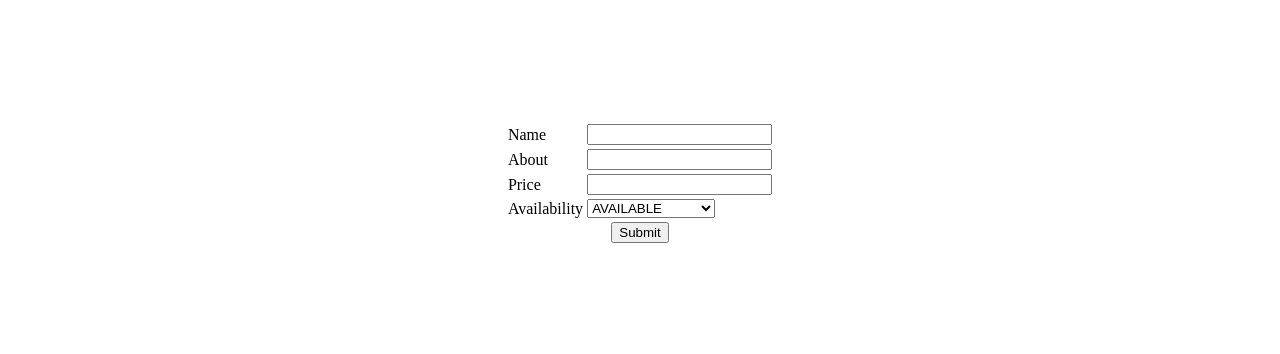
Repository: Jeevith-U/Advance-Java
Page: http://localhost/Food_App/branch.jsp
The author's editor kept a copy of each file at every save. The page is drawn from the files as they stood at one save, then again after the next save.
The browser window is 1280 px wide. The pictures show the whole page.
The page is served by Tomcat 9. Other server files are loaded and not shown.

Above is the page before, as saved 2023-08-23 06:09:45.

### Projects/Food_App/src/main/webapp/branch.jsp
<%@ page language="java" contentType="text/html; charset=ISO-8859-1"
	pageEncoding="ISO-8859-1"%>
<!DOCTYPE html>
<head>
<meta charset="UTF-8">
<meta name="viewport" content="width=device-width, initial-scale=1.0">
<title>Branch</title>
<style>
table {
	width: 25%;
	margin: auto;
	margin-top: 5px;
	display: flex;
	flex-direction: column;
	align-items: center;
	justify-content: space-around;
}
</style>
</head>
<body>
	<form action="saveBranch" method="post">

		<table>
			<div class="data">
				<tr>
					<td><label for="name">Name</label></td>
					<td><input type="text" id="name" name="name"></td>
				</tr>
				<br> <br>
				<tr>
					<td><label for="about">About</label></td>
					<td><input type="text" id="about" name="about"></td>
				</tr>
				<tr>
					<td><label for="price">Price</label></td>
					<td><input type="number" id="price" name="price"></td>
				</tr>
				<br> <br>
				<tr>
                    <td><label for="ava">Availability</label>
                     <td>
                        <select id="ava" name="ava">
                            <option value="AVAILABLE">AVAILABLE</option>
                            <option value="NOT_AVAILABLE">NOT_AVAILABLE</option>
                        </select>
                    </td>
                </tr>
				</tr>
				<br> <br>
				<tr>
					<td colspan="2" align="center"><input type="submit"
						value="Submit"></td>
				</tr>
			</div>
		</table>
	</form>
</body>
</html>

After the next save:
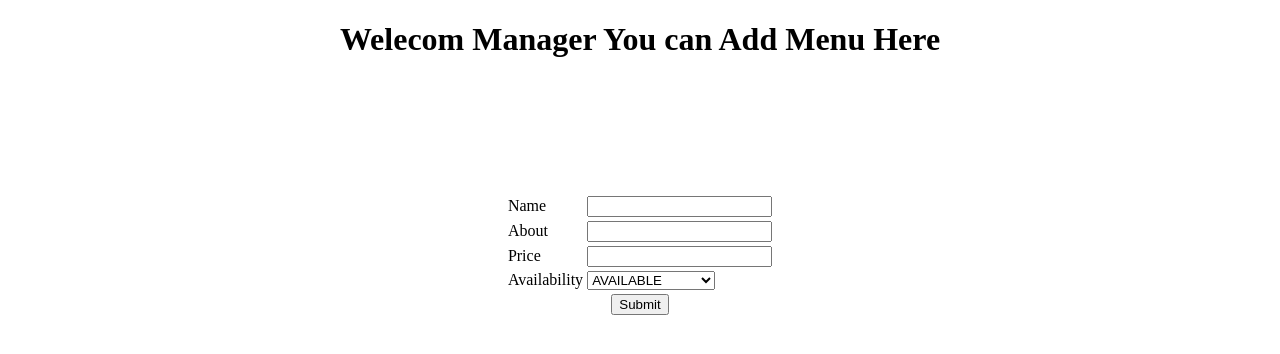
Saved 57 s later.
--- a/Projects/Food_App/src/main/webapp/branch.jsp
+++ b/Projects/Food_App/src/main/webapp/branch.jsp
@@ -18,6 +18,8 @@ table {
 </style>
 </head>
 <body>
+
+	<h1 align="center">Welecom Manager You can Add Menu Here</h1>
 	<form action="saveBranch" method="post">
 
 		<table>
@@ -37,14 +39,12 @@ table {
 				</tr>
 				<br> <br>
 				<tr>
-                    <td><label for="ava">Availability</label>
-                     <td>
-                        <select id="ava" name="ava">
-                            <option value="AVAILABLE">AVAILABLE</option>
-                            <option value="NOT_AVAILABLE">NOT_AVAILABLE</option>
-                        </select>
-                    </td>
-                </tr>
+					<td><label for="ava">Availability</label>
+					<td><select id="ava" name="ava">
+							<option value="AVAILABLE">AVAILABLE</option>
+							<option value="NOT_AVAILABLE">NOT_AVAILABLE</option>
+					</select></td>
+				</tr>
 				</tr>
 				<br> <br>
 				<tr>
